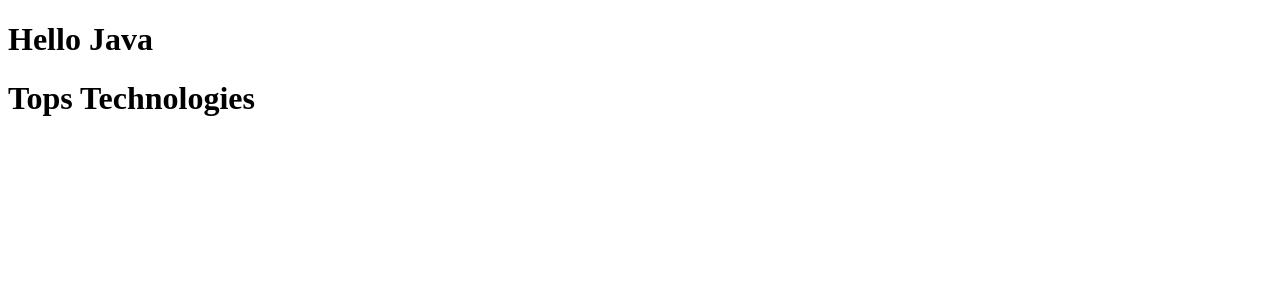
Repository: Laxman877/MyWorkspace
Page: Corejava/Learning_Web/src/main/webapp/javascriptDEmo.html
The author's editor kept a copy of each file at every save. The page is drawn from the files as they stood at one save, then again after the next save.
The browser window is 1280 px wide. The pictures show the whole page.

Above is the page before, as saved 2022-04-27 06:28:27.
Console error: ReferenceError: start is not defined

### Corejava/Learning_Web/src/main/webapp/javascriptDEmo.html
<!DOCTYPE html>
<html>
<head>
<meta charset="ISO-8859-1">
<title>JS</title>
<script type="text/javascript">

</script>
</head>
<body onload="start()">

<h1>Hello Java</h1>
<h1>Tops Technologies</h1>
</body>
</html>

After the next save:
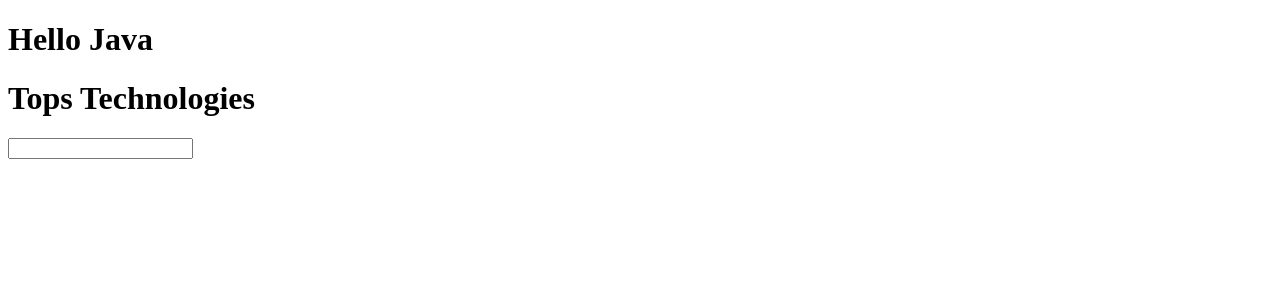
Saved 33 s later.
--- a/Corejava/Learning_Web/src/main/webapp/javascriptDEmo.html
+++ b/Corejava/Learning_Web/src/main/webapp/javascriptDEmo.html
@@ -11,5 +11,6 @@
 
 <h1>Hello Java</h1>
 <h1>Tops Technologies</h1>
+<input type="text" id="uname">
 </body>
 </html>
